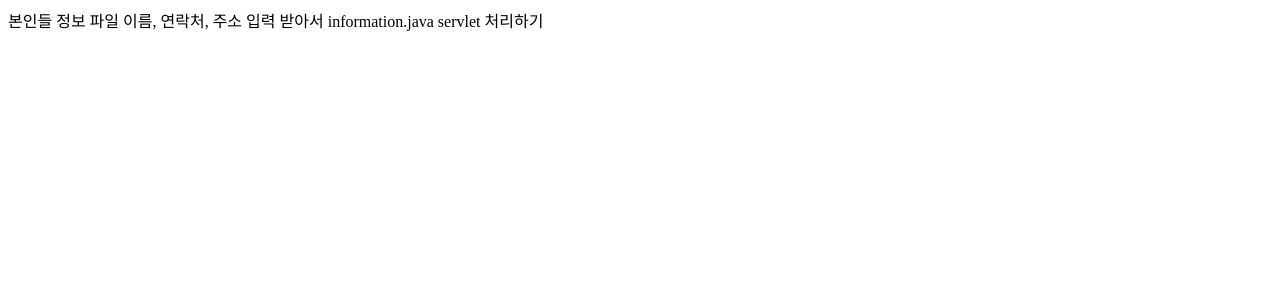
Repository: uhzoo0916/JSP_Servlet
Page: workspace/day54_servlet/WebContent/html/infoForm.html
An editor plug-in stored every save of this project. The page is shown before and after the next save, followed by the edit.
The browser window is 1280 px wide. The pictures show the whole page.

Above is the page before, as saved 2023-06-12 06:41:17.

### workspace/day54_servlet/WebContent/html/infoForm.html
<!DOCTYPE html>
<html><head><meta charset="UTF-8">
<title>infoForm.html </title>
</head>
<body>

본인들 정보 파일 이름, 연락처, 주소 입력 받아서
information.java servlet 처리하기

</body>
</html>

After the next save:
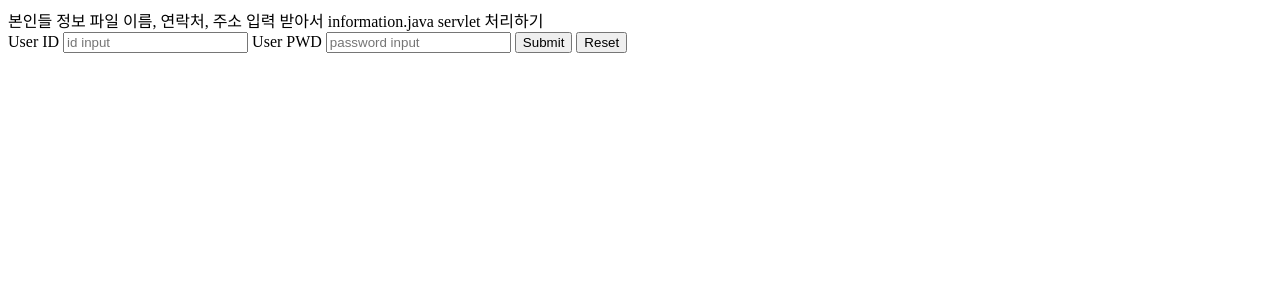
Saved 105 s later.
--- a/workspace/day54_servlet/WebContent/html/infoForm.html
+++ b/workspace/day54_servlet/WebContent/html/infoForm.html
@@ -7,5 +7,24 @@
 본인들 정보 파일 이름, 연락처, 주소 입력 받아서
 information.java servlet 처리하기
 
+	<form action="../info" method="post" name = "frm">
+		<tr>
+			<td>User ID</td>
+			<td><input type="text" name="id" placeholder="id input"></td>
+		</tr>
+
+		<tr>
+			<td>User PWD</td>
+			<td><input type="password" name="pwd" placeholder="password input"></td>
+		</tr>
+
+		<tr>
+			<td>
+			<input type="submit" value="Submit" onclick="sendData()">
+			<input type="reset" value="Reset">
+			</td>
+		</tr>
+	</form>
+
 </body>
 </html>
